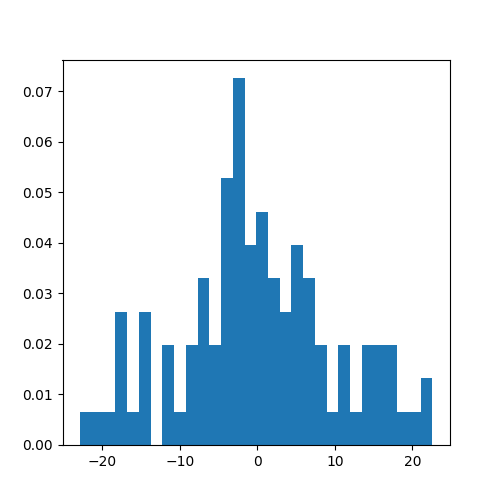
Repository: nishimuraHikar/PythonShowGraph
Script's output: python main.py
The author's editor kept a copy of each file at every save. The script's output is drawn from the files as they stood at one save, then again after the next save.
Random numbers start from a fixed seed.

Above is the script's output before, as saved 2022-03-03 02:07:58.

### main.py
from time import time
import graph
import numpy as np

datafile = 'predict.csv'

timedata = graph.ReadColumn(datafile,0)
forcedatax = graph.ReadColumn(datafile, 1)
predictdatax = graph.ReadColumn(datafile, 2)
forcedatay = graph.ReadColumn(datafile, 3)
predictdatay = graph.ReadColumn(datafile, 4)

# graph.graph_1data(timedata, rawdata, "Raw Data")
# graph.graph_2data(timedata, rawdata, predictdata, "Raw Data", "Predict Data")
# graph.multiplot_2and1(timedata, forcedatax, predictdatax, forcedatay,predictdatay, "Actual X", "Predict X", "Actual Y", "Predict Y")
graph.histgram(np.random.normal(0, 10, 100), 30, 10)

### graph.py
import numpy as np
import matplotlib.pyplot as plt
import pandas as pd
from scipy.stats import norm

def ReadColumn(csv, line_num): #csvと列番号を指定
    #csvからndarray型に変換
    csvdata = pd.read_csv(csv, header=0, usecols=[line_num])
    # csvから読んだデータをnumpyの行列に入れる
    array = csvdata.values
    return array

# グラフ表示
# 1つのグラフ
def graph_1data(x_data, y_data, labelname):
    plt.rcParams['font.family'] = 'Times New Roman'
    plt.rcParams["xtick.direction"] = "in"
    plt.rcParams["ytick.direction"] = "in"
    plt.rcParams["xtick.major.width"] = 1.5
    plt.rcParams["ytick.major.width"] = 1.5
    plt.rcParams["font.size"] = 14
    plt.rcParams["axes.linewidth"] = 1.5

    plt.plot(x_data, y_data, c="darkorange", label=labelname)
    np.linspace(min(x_data), max(x_data), 100)
    # plt.ylim(-1.55, 1.55)
    # plt.ylim(min(y_data), max(y_data))
    plt.xlabel("Time[sec]", fontname = 'Times New Roman')
    plt.ylabel("Force[N]", fontname = 'Times New Roman')
    plt.legend()
    # plt.savefig('NNresult.png') #PNGファイル生成
    plt.show()


# 2つのグラフ
def graph_2data(x_data, y1_data, y2_data, labelname1, labelname2):
    plt.rcParams['font.family'] = 'Times New Roman'
    plt.rcParams["xtick.direction"] = "in"
    plt.rcParams["ytick.direction"] = "in"
    plt.rcParams["xtick.major.width"] = 1.5
    plt.rcParams["ytick.major.width"] = 1.5
    plt.rcParams["font.size"] = 14
    plt.rcParams["axes.linewidth"] = 1.5

    plt.plot(x_data, y1_data, c="darkorange", label=labelname1)
    plt.plot(x_data, y2_data, c="blue", label=labelname2)
    np.linspace(min(x_data), max(x_data), 100)
    # plt.ylim(-0.01, 0.01)
    # plt.ylim(min(y_data), max(y_data))
    plt.xlabel("Time[sec]", fontname = 'Times New Roman')
    plt.ylabel("Force[N]", fontname = 'Times New Roman')
    plt.legend()
# <<<<<<< HEAD
#     plt.savefig('NNresult.png') #PNGファイル生成
#     plt.show()

# マルチプロット2行1列
def multiplot_2and1(x_data, y_data1a, y_data1b, y_data2a, y_data2b, labelname1, labelname2, labelname3, labelname4):
    plt.rcParams['font.family'] = 'Times New Roman'
    plt.rcParams["xtick.direction"] = "in"
    plt.rcParams["ytick.direction"] = "in"
    plt.rcParams["xtick.major.width"] = 1.5
    plt.rcParams["ytick.major.width"] = 1.5
    plt.rcParams["font.size"] = 16
    plt.rcParams["axes.linewidth"] = 1.5

    plt.figure(figsize=[9, 7])
    # ax1 = fig.add_subplot(2, 1, 1)
    # ax2 = fig.add_subplot(2, 1, 2)

    plt.subplot(211)
    plt.plot(x_data, y_data1a, c="darkorange", label=labelname1)
    plt.plot(x_data, y_data1b, c="blue", label=labelname2)
    plt.ylabel("Force[N]", fontname = 'Times New Roman')
    plt.xlim(0, 60)
    plt.ylim(-0.1, 0.2)
    plt.axvspan(40, 60, color="gray", alpha=0.3)
    plt.legend(loc = 'upper left')

    plt.subplot(212)
    plt.plot(x_data, y_data2a, c="darkorange", label=labelname3)
    plt.plot(x_data, y_data2b, c="blue", label=labelname4)
    plt.ylabel("Force[N]", fontname = 'Times New Roman')
    plt.xlim(0, 60)
    plt.ylim(-0.1, 0.2)

    np.linspace(min(x_data), max(x_data), 100)
    plt.xlabel("Time[sec]", fontname = 'Times New Roman')
    plt.axvspan(40, 60, color="gray", alpha=0.3)
    plt.legend(loc = 'upper left')

    plt.tight_layout()
    plt.savefig("result.pdf")
    plt.show()

# ヒストグラム
def histgram(data, binsnum, scale):
    fig = plt.figure(figsize = [5,5])
    ax = fig.add_subplot(111)
    ax.hist(data, bins = binsnum, density = True)
    X = np.linspace(-1.0, 1.0, 100)
    Y = norm.pdf(X, loc=0, scale=scale)
    # ax.plot(X, Y, c="darkorange")
    plt.show()

Loaded but not shown: predict.csv (59902 lines, source omitted)

After the next save:
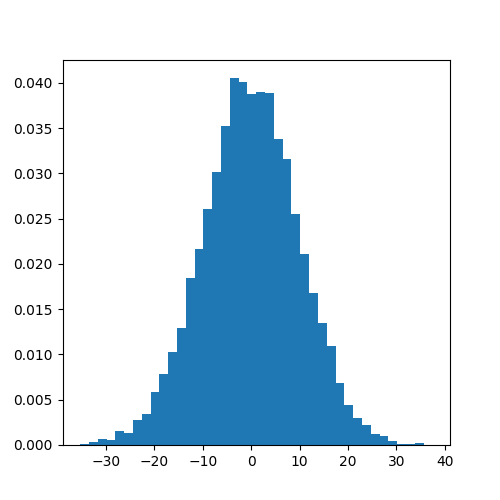
Saved 15 s later.
--- a/main.py
+++ b/main.py
@@ -13,4 +13,4 @@ predictdatay = graph.ReadColumn(datafile, 4)
 # graph.graph_1data(timedata, rawdata, "Raw Data")
 # graph.graph_2data(timedata, rawdata, predictdata, "Raw Data", "Predict Data")
 # graph.multiplot_2and1(timedata, forcedatax, predictdatax, forcedatay,predictdatay, "Actual X", "Predict X", "Actual Y", "Predict Y")
-graph.histgram(np.random.normal(0, 10, 100), 30, 10)
+graph.histgram(np.random.normal(0, 10, 10000), 40, 10)
